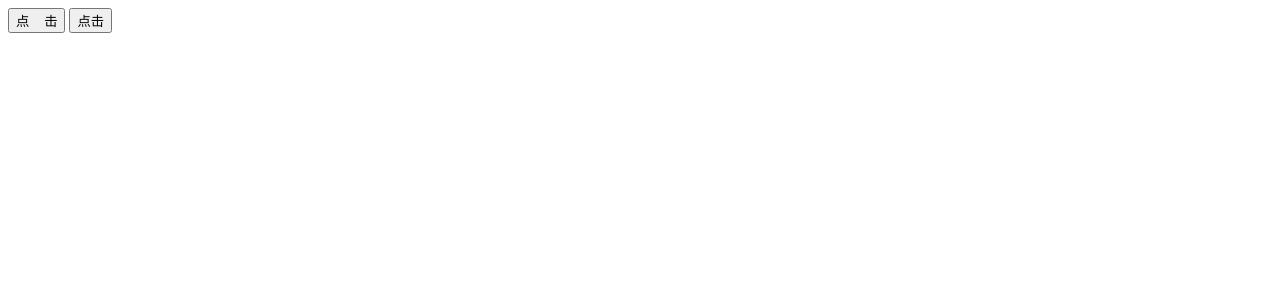
Repository: jianminghao/ssiProject
Page: http://localhost/myssiProject/aaa.jsp
These files come from the project's save history. The page is drawn as it stood at one moment and after the next save; the edit follows.
The browser window is 1280 px wide. The pictures show the whole page.
The page is served by Tomcat 9. Other server files are loaded and not shown.

Above is the page before, as saved 2020-03-04 13:13:21.

### myssiProject/WebContent/aaa.jsp
<%@ page language="java" contentType="text/html; charset=UTF-8"
    pageEncoding="UTF-8"%>
<!DOCTYPE html>
<html>
<head>
<meta charset="UTF-8">
<title>Insert title here</title>
</head>
<script  src="resource/jquery/jquery.js" type="text/javascript"></script>
<script>
	$(".btn").click(function(){
		debugger;
		alert("dddd")

	});
</script>
<body>

	<input type="button" class="btn" value="点    击">

	<button calss="btn" type="button">
		点击
	</button>

</body>
</html>

Loaded but not shown: myssiProject/WebContent/resource/jquery/jquery.js (library)

After the next save:
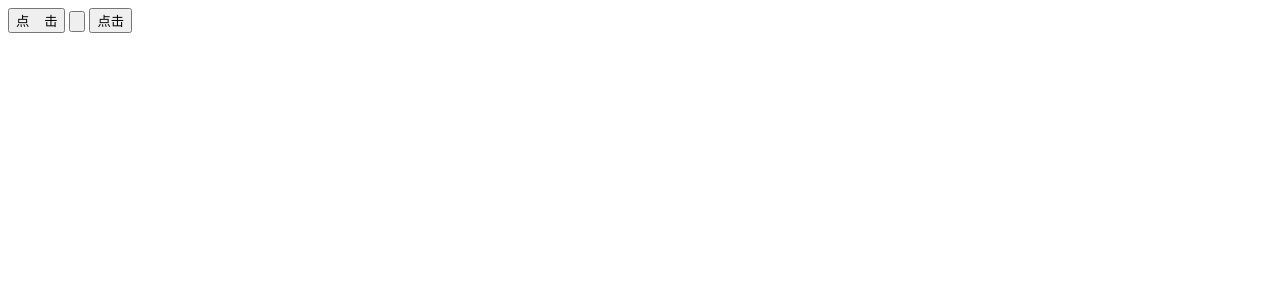
Saved 86 s later.
--- a/myssiProject/WebContent/aaa.jsp
+++ b/myssiProject/WebContent/aaa.jsp
@@ -18,6 +18,8 @@
 
 	<input type="button" class="btn" value="点    击">
 
+	<input type="button" class="btn" onclick=aaa()>
+
 	<button calss="btn" type="button">
 		点击
 	</button>
